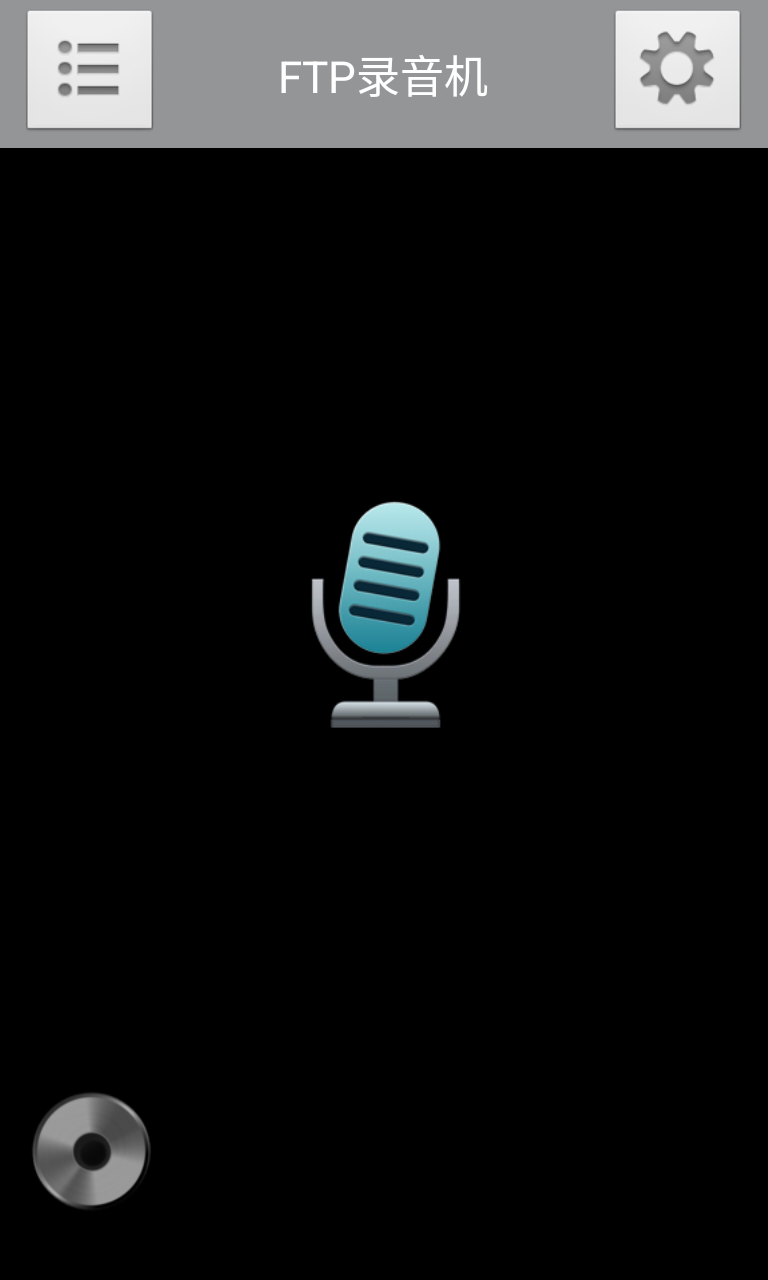
Repository: stone-jin/WAVRecoder
Layout: WAVRecoder2/res/layout/main.xml
The author's editor kept a copy of each file at every save. The layout is drawn from the files as they stood at one save, then again after the next save.
It is drawn on a 768 x 1280 px phone screen (xhdpi) without system bars, with theme Anim_style2; the app's code is not run.

Above is the layout before, as saved 2014-05-06 19:04:11.

### WAVRecoder2/res/layout/main.xml
<?xml version="1.0" encoding="utf-8"?>
<LinearLayout xmlns:android="http://schemas.android.com/apk/res/android"
    android:layout_width="match_parent"
    android:layout_height="match_parent"
    android:orientation="vertical" >

    <include layout="@layout/main_title"/>

    <RelativeLayout
        android:layout_width="fill_parent"
        android:layout_height="fill_parent"
        android:layout_weight="1"
        android:gravity="center"
        >

	    <ImageView
	        android:layout_width="wrap_content"
	        android:layout_height="wrap_content"
	        android:background="@drawable/icon"
	        />

    </RelativeLayout>

    <LinearLayout
        android:layout_width="fill_parent"
        android:layout_height="100dp"
        android:orientation="horizontal"
        >

        <Button
            android:layout_width="wrap_content"
            android:layout_height="wrap_content"
            android:background="@drawable/btn_rekam_disabled"
            android:layout_marginLeft="10dp"
            />

    </LinearLayout>


</LinearLayout>

### WAVRecoder2/res/values/styles.xml
<resources>

    <!--
        Base application theme, dependent on API level. This theme is replaced
        by AppBaseTheme from res/values-vXX/styles.xml on newer devices.
    -->
    <style name="AppBaseTheme" parent="android:Theme.Light">
        <!--
            Theme customizations available in newer API levels can go in
            res/values-vXX/styles.xml, while customizations related to
            backward-compatibility can go here.
        -->
    </style>

    <!-- Application theme. -->
    <style name="AppTheme" parent="AppBaseTheme">
        <!-- All customizations that are NOT specific to a particular API-level can go here. -->
    </style>

    <!-- ####################以上内容全部来自搬运 ############################################ -->

    <style name="AnimFade" parent="@android:style/Animation.Activity">
    	<item name="android:activityOpenEnterAnimation">@anim/fade_in</item>
    	<item name="android:activityOpenExitAnimation">@anim/hold</item>
    	<item name="android:activityCloseEnterAnimation">@anim/fade_in</item>
    	<item name="android:activityCloseExitAnimation">@anim/fade_out</item>
	</style>
	<style name="AnimBottom" parent="@android:style/Animation">
    	<item name="android:windowEnterAnimation">@anim/push_bottom_in</item>
        <item name="android:windowExitAnimation">@anim/push_bottom_out</item>
	</style>
	<style name="AnimTop" parent="@android:style/Animation">
    	<item name="android:windowEnterAnimation">@anim/push_top_in</item>
        <item name="android:windowExitAnimation">@anim/push_top_out</item>
	</style>
	<style name="AnimTop2" parent="@android:style/Animation">
    	<item name="android:windowEnterAnimation">@anim/push_top_in2</item>
        <item name="android:windowExitAnimation">@anim/push_top_out2</item>
	</style>
	<style name="AnimHead" parent="@android:style/Animation">
    	<item name="android:windowEnterAnimation">@anim/head_in</item>
        <item name="android:windowExitAnimation">@anim/head_out</item>
	</style>

   	<style name="Anim_style" parent="android:Theme.NoTitleBar.Fullscreen">
        <item name="android:windowAnimationStyle">@style/AnimFade</item>
	</style>

	<style name="Anim_style2" parent="android:Theme.NoTitleBar">  <!-- 表示没有titlebar这个框 -->
        <item name="android:windowAnimationStyle">@style/AnimFade</item>     <!-- 定义其中打开或者保持或者关闭的时候的效果 -->
	</style>

	<style name="Anim_style_title" parent="android:Theme">
        <item name="android:windowAnimationStyle">@style/AnimFade</item>
        <item name="android:windowTitleSize">50dp</item>
        <item name="android:windowTitleBackgroundStyle">@style/CustomWindowTitleBackground</item>
	</style>

	<style name="CustomWindowTitleBackground">
       <item name="android:background">@drawable/title_bar</item>
	</style>

	<style name="MyDialogStyle">
        <item name="android:windowBackground">@android:color/transparent</item>
        <item name="android:windowFrame">@null</item>
        <item name="android:windowNoTitle">true</item>
        <item name="android:windowIsFloating">true</item>
        <item name="android:windowIsTranslucent">true</item>
        <item name="android:windowContentOverlay">@null</item>
        <item name="android:windowAnimationStyle">@android:style/Animation.Dialog</item>
        <item name="android:backgroundDimEnabled">true</item>
    </style>

    <style name="MyDialogStyleBottom" parent="android:Theme.Dialog" >
        <item name="android:windowAnimationStyle">@style/AnimBottom</item>
        <item name="android:windowFrame">@null</item><!--边框-->
        <item name="android:windowIsFloating">true</item><!--是否浮现在activity之上-->
        <item name="android:windowIsTranslucent">true</item><!--半透明-->
        <item name="android:windowNoTitle">true</item><!--无标题-->
        <item name="android:windowBackground">@android:color/transparent</item><!--背景透明-->
        <item name="android:backgroundDimEnabled">true</item><!--模糊-->
     </style>

     <style name="MyDialogStyleTop" parent="android:Theme.Dialog" >
        <item name="android:windowAnimationStyle">@style/AnimTop2</item>
        <item name="android:windowFrame">@null</item><!--边框-->
        <item name="android:windowIsFloating">true</item><!--是否浮现在activity之上-->
        <item name="android:windowIsTranslucent">true</item><!--半透明-->
        <item name="android:windowNoTitle">true</item><!--无标题-->
        <item name="android:windowBackground">@android:color/transparent</item><!--背景透明-->
        <item name="android:backgroundDimEnabled">false</item><!--模糊-->
     </style>

    <style name="HeadScale" parent="android:Theme.Dialog" >
        <item name="android:windowAnimationStyle">@style/AnimHead</item>
        <item name="android:windowFrame">@null</item><!--边框-->
        <item name="android:windowIsFloating">true</item><!--是否浮现在activity之上-->
        <item name="android:windowIsTranslucent">true</item><!--半透明-->
        <item name="android:windowNoTitle">true</item><!--无标题-->
        <item name="android:windowBackground">@android:color/black</item>
        <item name="android:backgroundDimEnabled">false</item><!--模糊-->
     </style>

    <style name="MyProgressBar" parent="android:Widget.ProgressBar">
        <item name="android:indeterminateDrawable">@drawable/loading</item>
	</style>

</resources>

### WAVRecoder2/res/layout/main_title.xml
<?xml version="1.0" encoding="utf-8"?>
<RelativeLayout xmlns:android="http://schemas.android.com/apk/res/android"
    android:layout_width="fill_parent"
    android:layout_height="wrap_content"
    android:background="#949597"
    android:paddingTop="4dp"
    android:paddingBottom="4dp"
    >

    <ImageButton
        android:layout_width="wrap_content"
        android:layout_height="wrap_content"
        android:src="@drawable/ic_menu_list"
        android:layout_alignParentLeft="true"
        android:layout_centerVertical="true"
        android:layout_marginLeft="10dp"
        />

    <TextView
        android:layout_width="wrap_content"
        android:layout_height="wrap_content"
        android:text="FTP录音机"
        android:textColor="#ffffff"
        android:textSize="22sp"
        android:layout_centerInParent="true"
        />

    <ImageButton
        android:layout_width="wrap_content"
        android:layout_height="wrap_content"
        android:src="@drawable/ic_menu_pengaturan"
        android:layout_alignParentRight="true"
        android:layout_centerVertical="true"
        android:layout_marginRight="10dp"
        />


</RelativeLayout>

After the next save:
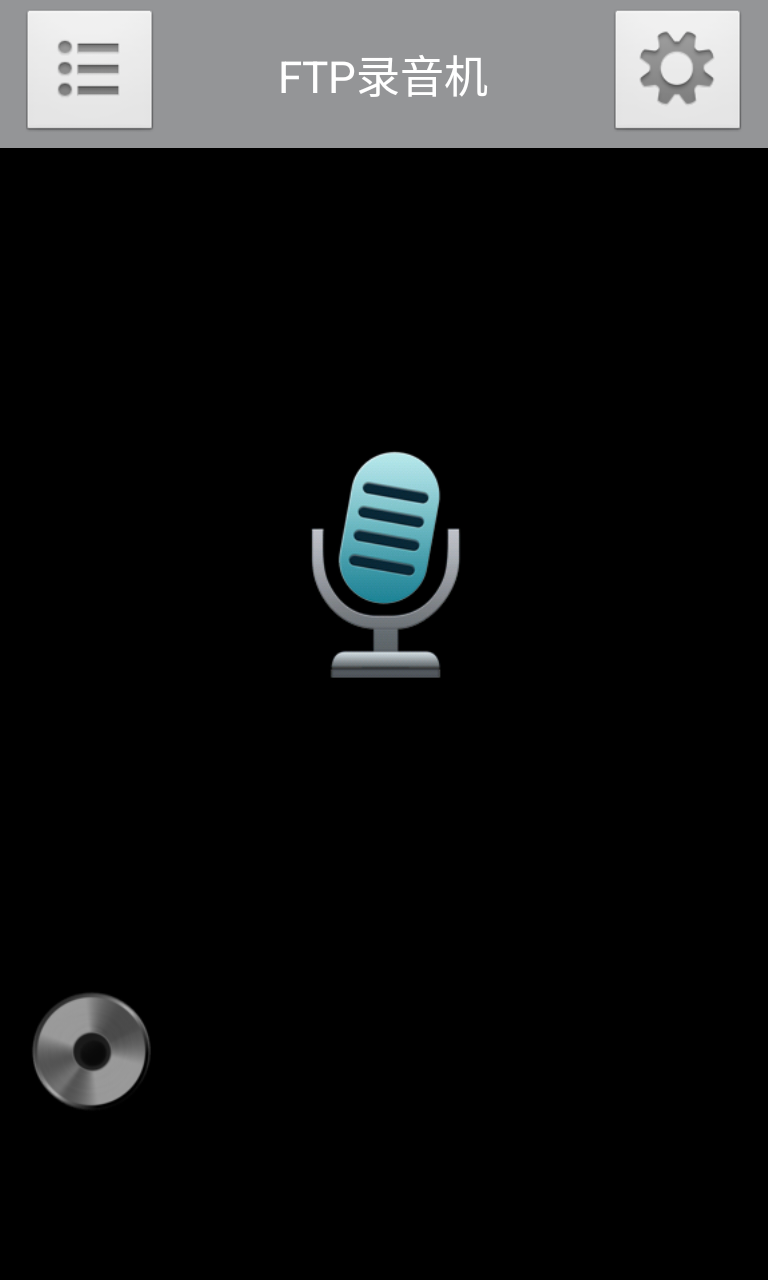
Saved 74 s later.
--- a/WAVRecoder2/res/layout/main.xml
+++ b/WAVRecoder2/res/layout/main.xml
@@ -23,7 +23,7 @@
 
     <LinearLayout
         android:layout_width="fill_parent"
-        android:layout_height="100dp"
+        android:layout_height="150dp"
         android:orientation="horizontal"
         >
 
